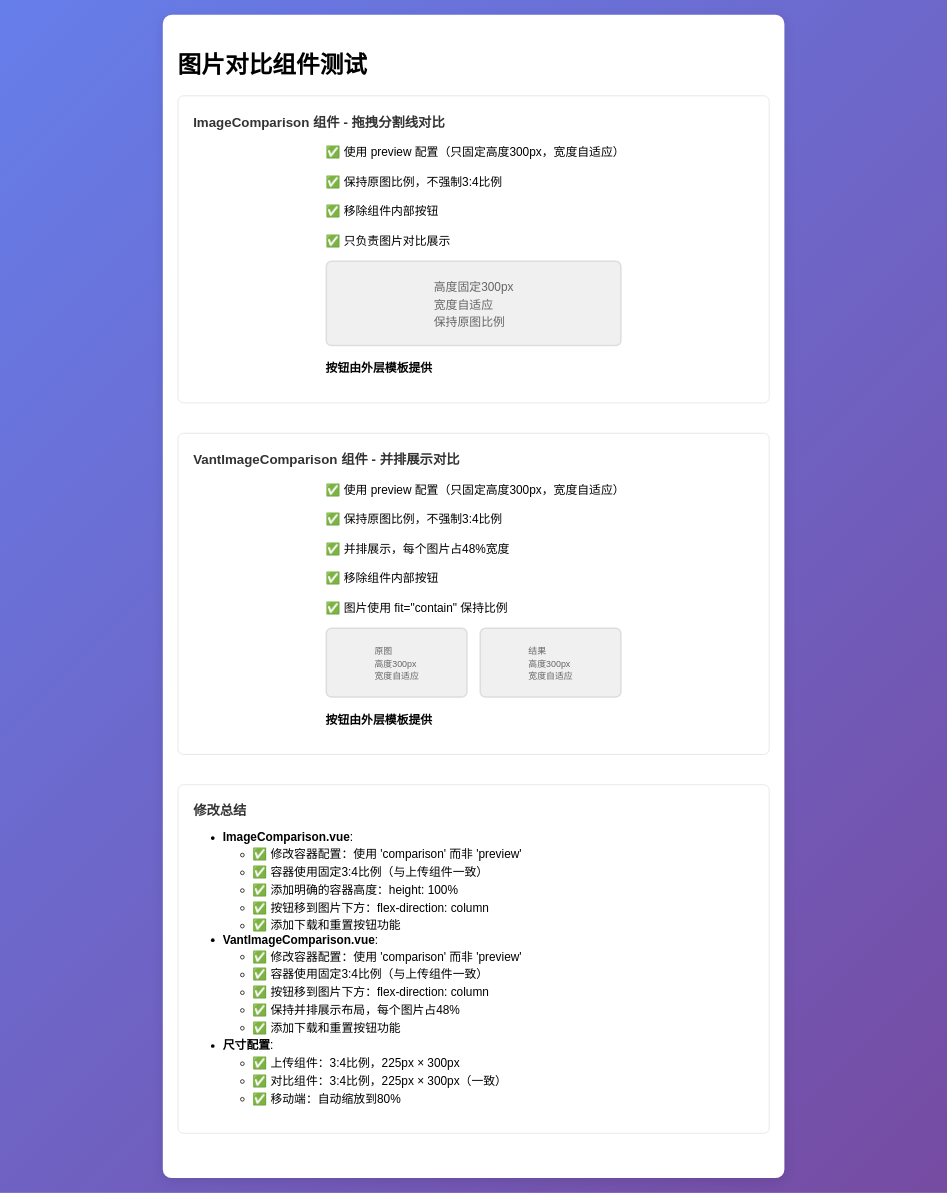
Repository: fooldychi/undress
Page: test-components.html
The author's editor kept a copy of each file at every save. The page is drawn from the files as they stood at one save, then again after the next save.
The browser window is 1280 px wide. The pictures show the whole page, at 74% of full size.

Above is the page before, as saved 2025-07-13 14:58:49.

After the next save:
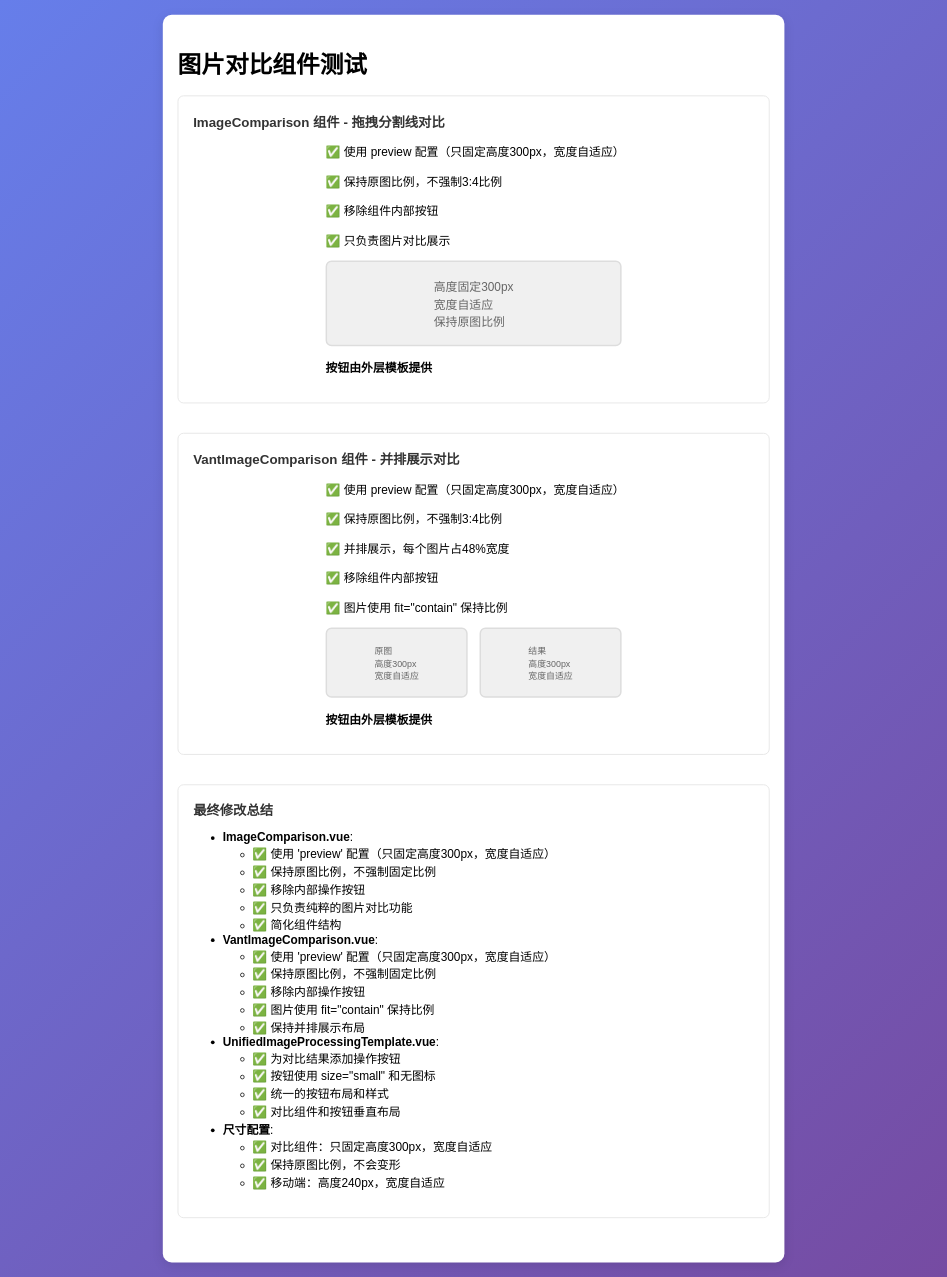
Saved 29 s later.
--- a/test-components.html
+++ b/test-components.html
@@ -113,31 +113,39 @@
         </div>
 
         <div class="demo-section">
-            <div class="demo-title">修改总结</div>
+            <div class="demo-title">最终修改总结</div>
             <ul>
                 <li><strong>ImageComparison.vue</strong>:
                     <ul>
-                        <li>✅ 修改容器配置：使用 'comparison' 而非 'preview'</li>
-                        <li>✅ 容器使用固定3:4比例（与上传组件一致）</li>
-                        <li>✅ 添加明确的容器高度：height: 100%</li>
-                        <li>✅ 按钮移到图片下方：flex-direction: column</li>
-                        <li>✅ 添加下载和重置按钮功能</li>
+                        <li>✅ 使用 'preview' 配置（只固定高度300px，宽度自适应）</li>
+                        <li>✅ 保持原图比例，不强制固定比例</li>
+                        <li>✅ 移除内部操作按钮</li>
+                        <li>✅ 只负责纯粹的图片对比功能</li>
+                        <li>✅ 简化组件结构</li>
                     </ul>
                 </li>
                 <li><strong>VantImageComparison.vue</strong>:
                     <ul>
-                        <li>✅ 修改容器配置：使用 'comparison' 而非 'preview'</li>
-                        <li>✅ 容器使用固定3:4比例（与上传组件一致）</li>
-                        <li>✅ 按钮移到图片下方：flex-direction: column</li>
-                        <li>✅ 保持并排展示布局，每个图片占48%</li>
-                        <li>✅ 添加下载和重置按钮功能</li>
+                        <li>✅ 使用 'preview' 配置（只固定高度300px，宽度自适应）</li>
+                        <li>✅ 保持原图比例，不强制固定比例</li>
+                        <li>✅ 移除内部操作按钮</li>
+                        <li>✅ 图片使用 fit="contain" 保持比例</li>
+                        <li>✅ 保持并排展示布局</li>
+                    </ul>
+                </li>
+                <li><strong>UnifiedImageProcessingTemplate.vue</strong>:
+                    <ul>
+                        <li>✅ 为对比结果添加操作按钮</li>
+                        <li>✅ 按钮使用 size="small" 和无图标</li>
+                        <li>✅ 统一的按钮布局和样式</li>
+                        <li>✅ 对比组件和按钮垂直布局</li>
                     </ul>
                 </li>
                 <li><strong>尺寸配置</strong>:
                     <ul>
-                        <li>✅ 上传组件：3:4比例，225px × 300px</li>
-                        <li>✅ 对比组件：3:4比例，225px × 300px（一致）</li>
-                        <li>✅ 移动端：自动缩放到80%</li>
+                        <li>✅ 对比组件：只固定高度300px，宽度自适应</li>
+                        <li>✅ 保持原图比例，不会变形</li>
+                        <li>✅ 移动端：高度240px，宽度自适应</li>
                     </ul>
                 </li>
             </ul>
